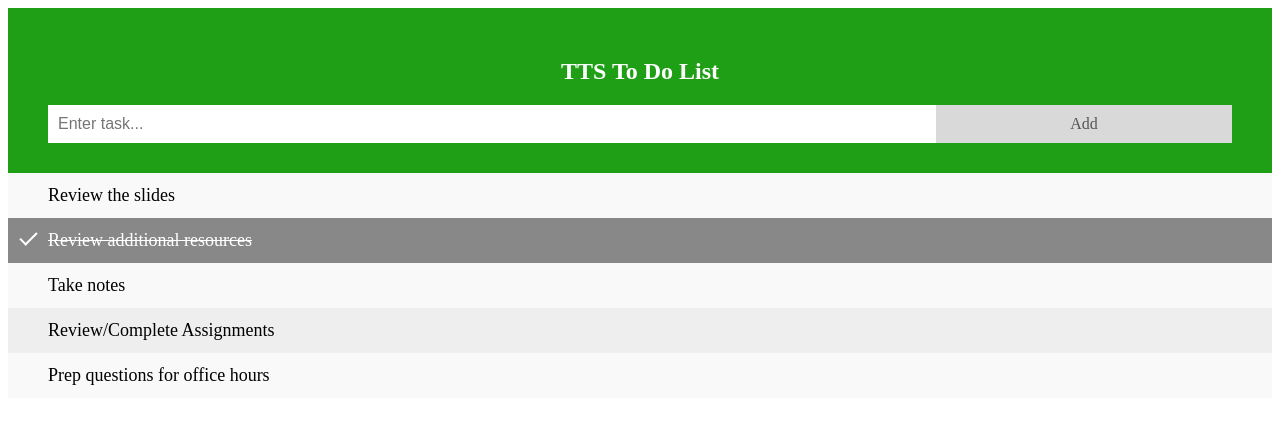
Repository: ayannasampson/week5groupproject
Page: week5group.html
The author's editor kept a copy of each file at every save. The page is drawn from the files as they stood at one save, then again after the next save.
The browser window is 1280 px wide. The pictures show the whole page.

Above is the page before, as saved 2023-03-07 20:57:29.

### week5group.html
<!DOCTYPE html>
<html>
  <head><link rel="stylesheet" type="text/css" href="week5groupproject.css">
  </head>

<div id="myDIV" class="header">
  <h2>TTS To Do List</h2>
  <input type="text" id="myInput" placeholder="Enter task...">
  <span onclick="newElement()" class="addBtn">Add</span>
</div>
<ul id="myUL">
  <li>Review the slides</li>
  <li class="checked">Review additional resources</li>
  <li>Take notes</li>
  <li>Review/Complete Assignments</li>
  <li>Prep questions for office hours</li>
</ul>

</html>

### week5groupproject.css
/* Include the padding and border in an element's total width and height */
* {
  box-sizing: border-box;
}

/* Remove margins and padding from the list */
ul {
  margin: 0;
  padding: 0;
  box-sizing: border-box;
}

/* Style the list items */
ul li {
  cursor: pointer;
  position: relative;
  padding: 12px 8px 12px 40px;
  background: #eee;
  font-size: 18px;
  transition: 0.2s;

  /* make the list items unselectable */
  -webkit-user-select: none;
  -moz-user-select: none;
  -ms-user-select: none;
  user-select: none;
}

/* Set all odd list items to a different color (zebra-stripes) */
ul li:nth-child(odd) {
  background: #f9f9f9;
}

/* Darker background-color on hover */
ul li:hover {
  background: #ddd;
}

/* When clicked on, add a background color and strike out text */
ul li.checked {
  background: #888;
  color: #fff;
  text-decoration: line-through;
}

/* Add a "checked" mark when clicked on */
ul li.checked::before {
  content: '';
  position: absolute;
  border-color: #fff;
  border-style: solid;
  border-width: 0 2px 2px 0;
  top: 10px;
  left: 16px;
  transform: rotate(45deg);
  height: 15px;
  width: 7px;
}

/* Style the close button */
.close {
  position: absolute;
  right: 0;
  top: 0;
  padding: 12px 16px 12px 16px;
}

.close:hover {
  background-color: #f44336;
  color: white;
}

/* Style the header */
.header {
  background-color: #0d9803ec;
  padding: 30px 40px;
  color: white;
  text-align: center;
}

/* Clear floats after the header */
.header:after {
  content: "";
  display: table;
  clear: both;
}

/* Style the input */
input {
  margin: 0;
  border: none;
  border-radius: 0;
  width: 75%;
  padding: 10px;
  float: left;
  font-size: 16px;
}

/* Style the "Add" button */
.addBtn {
  padding: 10px;
  width: 25%;
  background: #d9d9d9;
  color: #555;
  float: left;
  text-align: center;
  font-size: 16px;
  cursor: pointer;
  transition: 0.3s;
  border-radius: 0;
}

.addBtn:hover {
  background-color: #bbb;
}

After the next save:
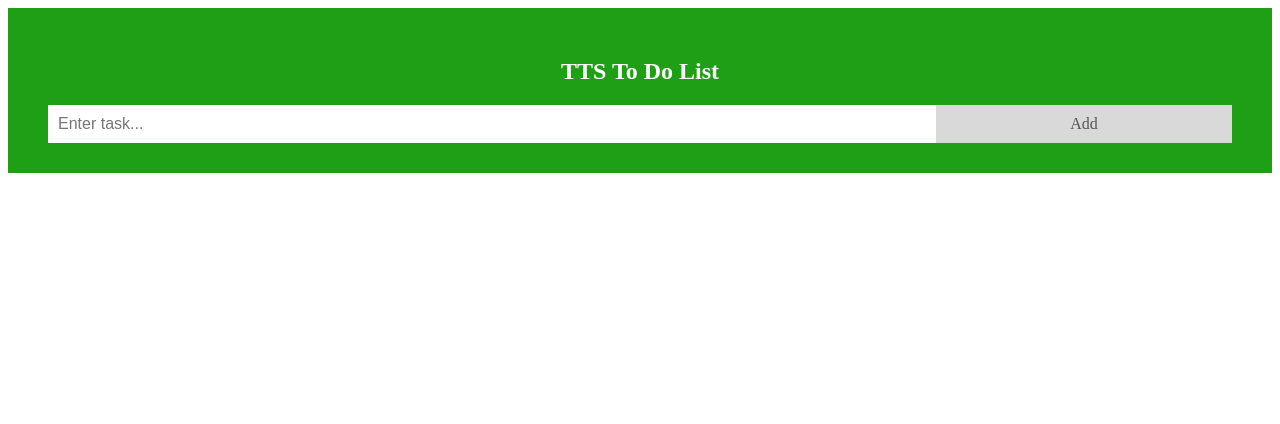
Saved 12 min 37 s later.
--- a/week5group.html
+++ b/week5group.html
@@ -9,11 +9,7 @@
   <span onclick="newElement()" class="addBtn">Add</span>
 </div>
 <ul id="myUL">
-  <li>Review the slides</li>
-  <li class="checked">Review additional resources</li>
-  <li>Take notes</li>
-  <li>Review/Complete Assignments</li>
-  <li>Prep questions for office hours</li>
+
 </ul>
 
 </html>
